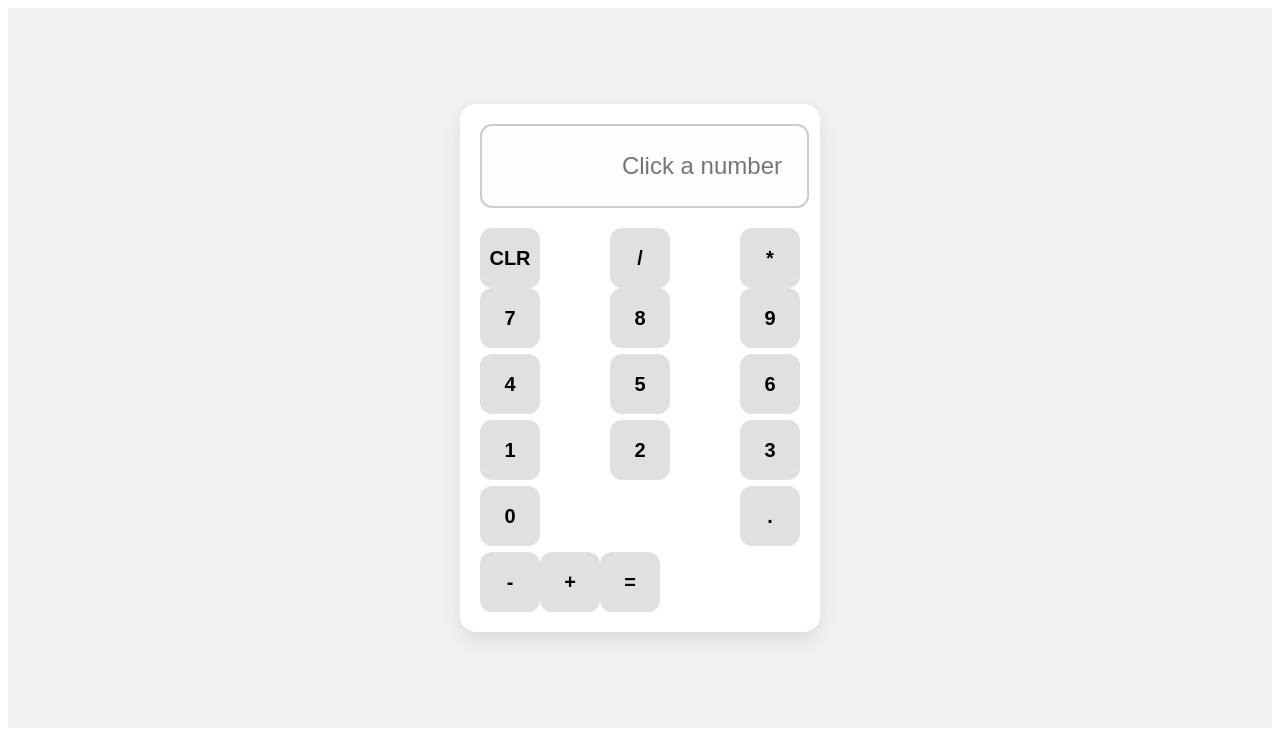
Repository: Marivic-SLRS/ReactJS-Basic-Calculator
Page: /
An editor plug-in stored every save of this project. The page is shown before and after a run of saves, followed by the edit.
The browser window is 1280 px wide. The pictures show the whole page.
The project was rebuilt for these pictures with package versions that can differ from the ones it lists, and the page was loaded fresh each time.

Above is the page before, as saved 2025-07-30 17:43:18.

### src/index.js
import React from 'react';
import ReactDOM from 'react-dom/client';
import App from './App';


const root = ReactDOM.createRoot(document.getElementById('root'));
root.render(
    <App />

);

### src/App.js
import Calculator from "./Components/Calculator";


function App() {
  return <Calculator/>
}

export default App;

### src/Components/Calculator.js
import React from 'react';
import '../Assets/Calculator.css';

function Calculator() {
  return (
    <div className='container'>
        <form className='form'>

            <div className='monitor-container'>
                <input
                    className='monitor'
                    type='number'
                    placeholder='Click a number'
                    readOnly
                    disabled
                />
            </div>

            <div className='btns-column'>
                <div className='left-container'>
                    <div className='first-layer'>
                            <button>CLR</button>
                            <button>/</button>
                            <button>*</button>
                    </div>
                    <div className='second-layer'>
                        <div>
                            <button>7</button>
                            <button>8</button>
                            <button>9</button>
                        </div>
                        <div>
                            <button>4</button>
                            <button>5</button>
                            <button>6</button>
                        </div>

                        <div>
                            <button>1</button>
                            <button>2</button>
                            <button>3</button>
                        </div>

                        <div>
                            <button>0</button>
                            <button>.</button>
                        </div>
                    </div>
                </div>
                <div className='right-container'>
                            <button>-</button>
                            <button>+</button>
                            <button>=</button>
                </div>


            </div>





        </form>

    </div>
  )
}

export default Calculator

### src/Assets/Calculator.css

.container {
  display: flex;
  justify-content: center;
  align-items: center;
  height: 100vh;
  background-color: #f2f2f2;
}


.form {
  background-color: #fff;
  padding: 20px;
  border-radius: 16px;
  box-shadow: 0 8px 20px rgba(0, 0, 0, 0.1);
  width: 320px;
}


.monitor-container {
  margin-bottom: 20px;
  padding-right: 15px;

}

.monitor {
  width: 100%;
  height: 60px;
  font-size: 24px;
  padding: 10px;
  border-radius: 12px;
  border: 2px solid #ccc;
  text-align: right;
  background-color: #fefefe;

}


.

.left-container {
  display: flex;
  flex-direction: column;
  gap: 12px;
  width: 70%;
}



.third-layer {
  width: 30%;
  display: flex;
  flex-direction: column;
  gap: 10px;
  justify-content: space-between;
}

/* First layer row (e.g., CLR, /, *) */
.first-layer {
  display: flex;
  justify-content: space-between;
}

/* Second layer grid for numbers */
.second-layer > div {
  display: flex;
  justify-content: space-between;
  margin-bottom: 6px;
}

/* Button styles */
button {
  width: 60px;
  height: 60px;
  font-size: 20px;
  font-weight: bold;
  border: none;
  border-radius: 12px;
  background-color: #e0e0e0;
  cursor: pointer;
  transition: background-color 0.2s ease;
}

button:hover {
  background-color: #d1d1d1;
}

Loaded but not shown: public/index.html (common file)

After the next 7 saves:
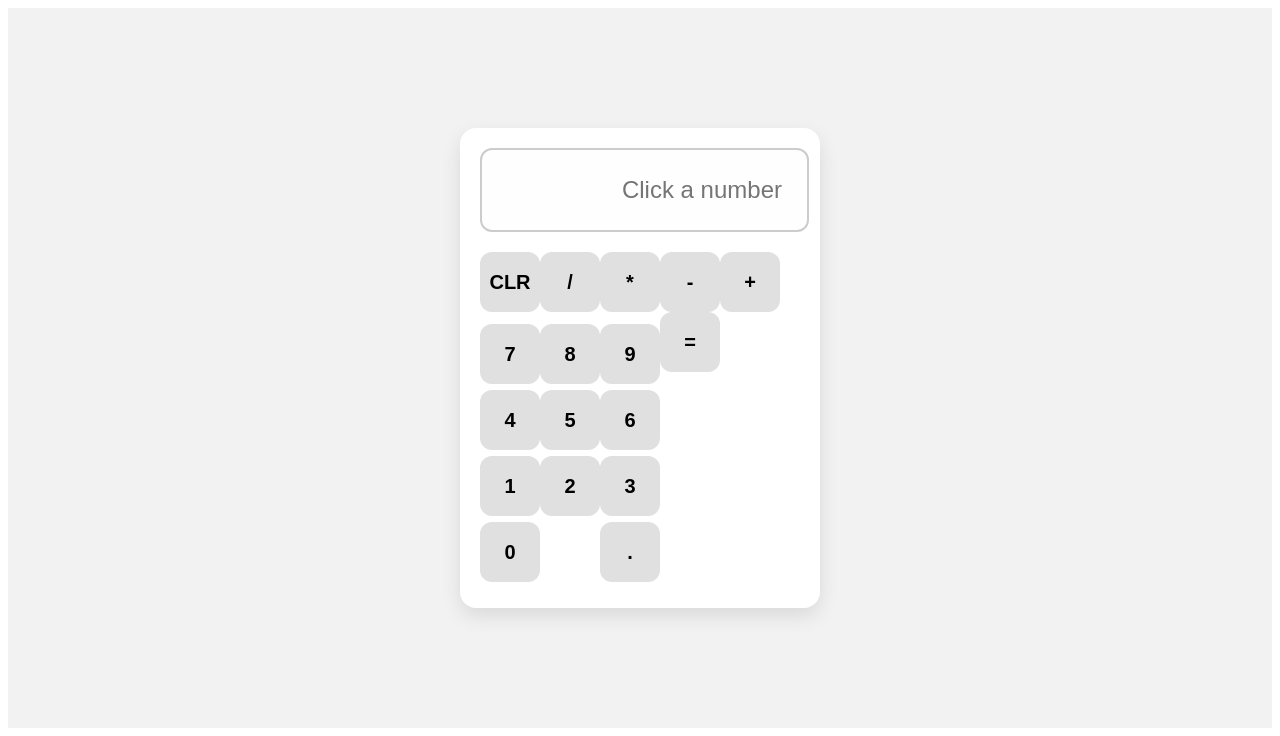
The 7 saves are shown as one change because they came seconds apart.
The last was saved 17 s later.
--- a/src/Assets/Calculator.css
+++ b/src/Assets/Calculator.css
@@ -36,7 +36,10 @@
 }
 
 
-.
+.btns-column{
+    display: flex;
+    flex-direction: ;
+}
 
 .left-container {
   display: flex;
